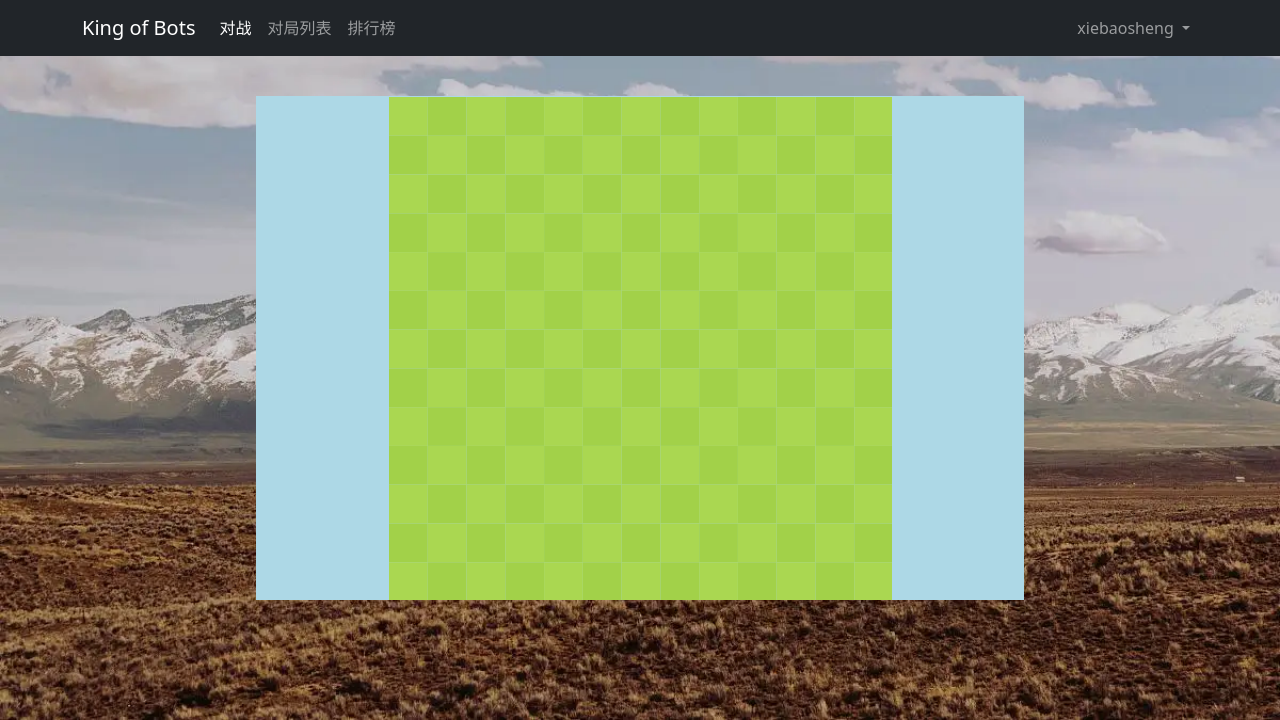
Repository: XieBaosheng/kob
Page: / (app in web/)
These files come from the project's save history. The page is drawn as it stood at one moment and after the next save; the edit follows.
The browser window is 1280 px wide. The pictures show the whole page.
The project was rebuilt for these pictures with package versions that can differ from the ones it lists, and the page was loaded fresh each time. Also part of the build but not shown: web/vue.config.js, web/src/components/ContentField.vue, web/src/views/record/RecordIndexView.vue, web/src/views/ranklist/RanklistIndexView.vue, web/src/views/user/bot/UserBotIndexView.vue, web/src/views/error/NotFound.vue.

Above is the page before, as saved 2024-05-29 21:16:07.

### web/src/App.vue
<template>
  <NavBar />
  <router-view/>
</template>

<script>
import NavBar from './components/NavBar.vue';
import "bootstrap/dist/css/bootstrap.min.css"
import "bootstrap/dist/js/bootstrap"
export default {
  components: {
    NavBar
  }
}
</script>

<style>
body {
  background-image: url("@/assets/images/background.png");
  background-size: cover;
}
</style>

### web/src/router/index.js
import { createRouter, createWebHistory } from 'vue-router'
import PkIndexView from '../views/pk/PkIndexView'
import RecordIndexView from '../views/record/RecordIndexView'
import RanklistIndexView from '../views/ranklist/RanklistIndexView'
import UserBotIndexView from '../views/user/bot/UserBotIndexView'
import NotFound from '../views/error/NotFound'



const routes = [
  {
    path: "/",
    name: "home",
    redirect: "/pk/",
  },
  {
    path: '/pk/',
    name: 'pk_index',
    component: PkIndexView,
  },
  {
    path: '/record/',
    name: 'record_index',
    component: RecordIndexView,
  },
  {
    path: '/ranklist/',
    name: 'ranklist_index',
    component: RanklistIndexView,
  },
  {
    path: '/user/bot/',
    name: 'user_bot_index',
    component: UserBotIndexView,
  },
  {
    path: '/404/',
    name: '404',
    component: NotFound,
  },
  {
    path: '/:catchAll(.*)',
    redirect: '/404/',
  },
]

const router = createRouter({
  history: createWebHistory(),
  routes
})

export default router

### web/src/components/NavBar.vue
<template>
<nav class="navbar navbar-expand-lg navbar-dark bg-dark">
<div class="container">
    <router-link class="navbar-brand" :to="{name: 'home'}">King of Bots</router-link>
    <div class="collapse navbar-collapse" id="navbarText">
        <ul class="navbar-nav me-auto mb-2 mb-lg-0">
        <li class="nav-item">
            <router-link :class="route_name == 'pk_index' ? 'nav-link active' : 'nav-link'" :to="{name: 'pk_index'}">对战</router-link>
        </li>
        <li class="nav-item">
            <router-link :class="route_name == 'record_index' ? 'nav-link active': 'nav-link'" :to="{name: 'record_index'}">对局列表</router-link>
        </li>
        <li class="nav-item">
            <router-link :class="route_name == 'ranklist_index' ? 'nav-link active': 'nav-link'" :to="{name: 'ranklist_index'}">排行榜</router-link>
        </li>
        </ul>
        <ul class="navbar-nav">
            <li class="nav-item dropdown">
                <a class="nav-link dropdown-toggle" href="#" id="navbarDropdown" role="button" data-bs-toggle="dropdown" aria-expanded="false">
                xiebaosheng
                </a>
                <ul class="dropdown-menu" aria-labelledby="navbarDropdown">
                    <li>
                        <router-link class="dropdown-item" :to="{name: 'user_bot_index'}">我的Bot</router-link>
                    </li>
                    <li><hr class="dropdown-divider"></li>
                    <li><a class="dropdown-item" href="#">退出</a></li>
                </ul>
            </li>
        </ul>
    </div>
</div>
</nav>
</template>

<script>
import { useRoute } from 'vue-router'
import { computed } from 'vue'
export default {
    setup() {
        const route = useRoute();
        let route_name = computed(() => route.name)
        return {
            route_name
        }
    }
}
</script>

<style scoped>
</style>

### web/src/views/pk/PkIndexView.vue
<template>
<PlayGround/>
</template>

<script>
import PlayGround from '../../components/PlayGround'

export default {
    components: {
        PlayGround
    }
}
</script>

<style scoped>
</style>

### web/src/components/PlayGround.vue
<template>
<div class="playground">
    <GameMap />
</div>
</template>

<script>
import GameMap from './GameMap'

export default {
    components: {
        GameMap,
    }
}

</script>

<style scoped>
div.playground {
    width: 60vw;
    height: 70vh;
    margin: 40px auto;
    background: lightblue;
}
</style>

### web/src/components/GameMap.vue
<template>
    <div ref="parent" class="gamemap">
        <canvas ref="canvas"></canvas>
    </div>

</template>


<script>
import {GameMap} from "@/assets/scripts/GameMap"
import { ref, onMounted } from 'vue'
// 挂载完入口，执行操作

export default {
    setup() {
        let parent = ref(null);
        let canvas = ref(null);

        onMounted(() => {
            new GameMap(canvas.value.getContext('2d'), parent.value)
        });

        return {
            parent,
            canvas
        }

    }
}
</script>

<style scoped>
div.gamemap {
    width: 100%;
    height: 100%;
    display: flex;
    justify-content: center;
    align-items: center;
}
</style>

### web/src/assets/scripts/GameMap.js
import { AcGameObject } from "./AcGameObject";

export class GameMap extends AcGameObject {
    constructor(ctx, parent) {
        super();

        this.ctx = ctx;
        this.parent = parent;
        this.L = 0;

        this.rows = 13;
        this.cols = 13;
    }

    start() {

    }

    updata_size() {
        this.L = Math.min(this.parent.clientWidth / this.cols, this.parent.clientHeight / this.rows);
        this.ctx.canvas.width = this.L * this.cols;
        this.ctx.canvas.height = this.L * this.rows;
    }

    update() {
        this.updata_size();
        this.render();
    }

    render() {
        // this.ctx.fillStyle = 'green';
        // this.ctx.fillRect(0, 0, this.ctx.canvas.width, this.ctx.canvas.height);
        const color_even = "#AAD751", color_odd = "#A2D149";
        for(let r = 0; r < this.rows; r++){
            for(let c = 0; c < this.cols; c++){
                this.ctx.fillStyle = (r + c) % 2 == 0 ? color_even : color_odd;
                this.ctx.fillRect(c * this.L, r * this.L, this.L, this.L);
            }
        }
    }
}

### web/src/assets/scripts/AcGameObject.js
const AC_GAME_OBJECTS = [];

export class AcGameObject {
    constructor() {
        AC_GAME_OBJECTS.push(this);
        this.timedelta = 0;
        this.has_called_start = false;

    }

    start() {//只执行一次

    }
    update() {//每帧执行一次，除了第一帧之外

    }
    on_destory() {//销毁时执行

    }

    destory() {
        this.on_destory();

        for(let i in AC_GAME_OBJECTS){
            const obj = AC_GAME_OBJECTS[i];
            if(obj === this){
                AC_GAME_OBJECTS.splice(i);
                break;
            }
        }
    }

}

let last_timestamp;
const step = timestamp => {
    for(let obj of AC_GAME_OBJECTS){
        if(!obj.has_called_start){
            obj.has_called_start = true;
            obj.start();
        }else{
            obj.timedelta = timestamp - last_timestamp;
            obj.update();
        }
    }

    last_timestamp = timestamp;
    requestAnimationFrame(step);
}

requestAnimationFrame(step);

### web/src/assets/scripts/Wall.js
import { AcGameObject } from "./AcGameObject";

export class Wall extends AcGameObject {
    constructor(r, c, gamemap){
        super();

        this.r = r;
        this.c = c;
        this.gamemap = gamemap;
        this.color = "#B37226";
    }

    update(){
        this.render();
    }

    render(){
        const L = this.gamemap.L;
        const ctx = this.gamemap.ctx;

        ctx.fillStyle = this.color;
        ctx.fillRect(this.c * L, this.r * L, L, L);
    }
}

Loaded but not shown: web/public/index.html (common file); web/src/main.js (common file); web/src/store/index.js (common file)

After the next save:
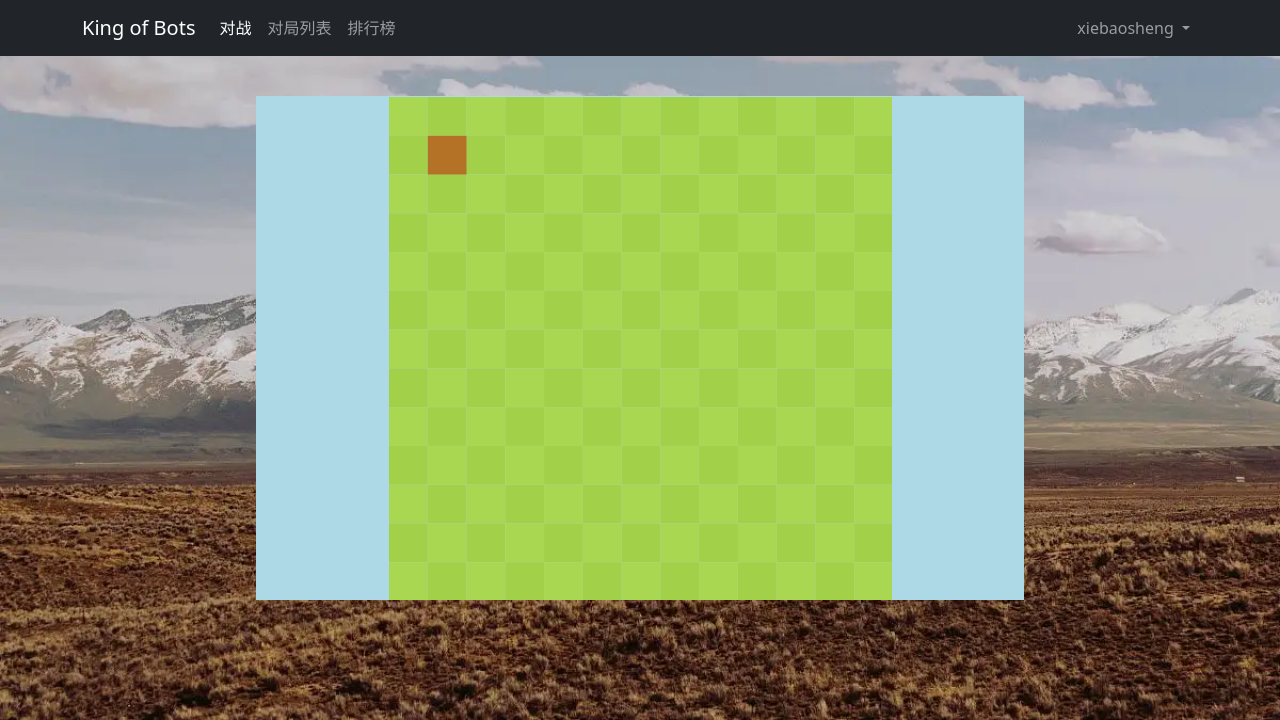
Saved 2 min 26 s later.
--- a/web/src/assets/scripts/GameMap.js
+++ b/web/src/assets/scripts/GameMap.js
@@ -1,4 +1,5 @@
 import { AcGameObject } from "./AcGameObject";
+import { Wall } from "./Wall";
 
 export class GameMap extends AcGameObject {
     constructor(ctx, parent) {
@@ -10,10 +11,16 @@ export class GameMap extends AcGameObject {
 
         this.rows = 13;
         this.cols = 13;
+
+        this.walls = [];
+    }
+
+    create_walls() {
+        new Wall(1, 1, this);
     }
 
     start() {
-
+        this.create_walls();
     }
 
     updata_size() {
